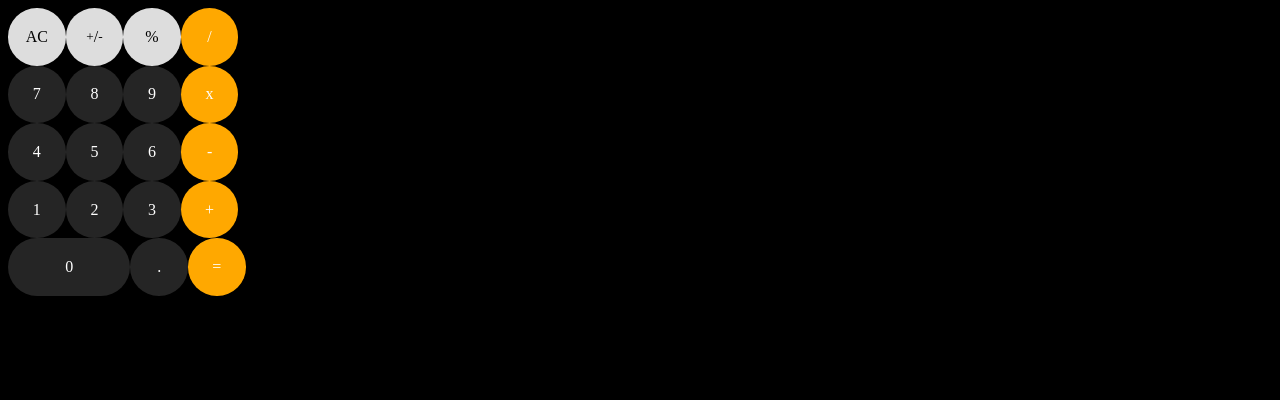
Repository: bombiux/calculadoraJS
Page: index.html
These files come from the project's save history. The page is drawn as it stood at one moment and after the next save; the edit follows.
The browser window is 1280 px wide. The pictures show the whole page.

Above is the page before, as saved 2020-08-08 18:34:49.

After the next save:
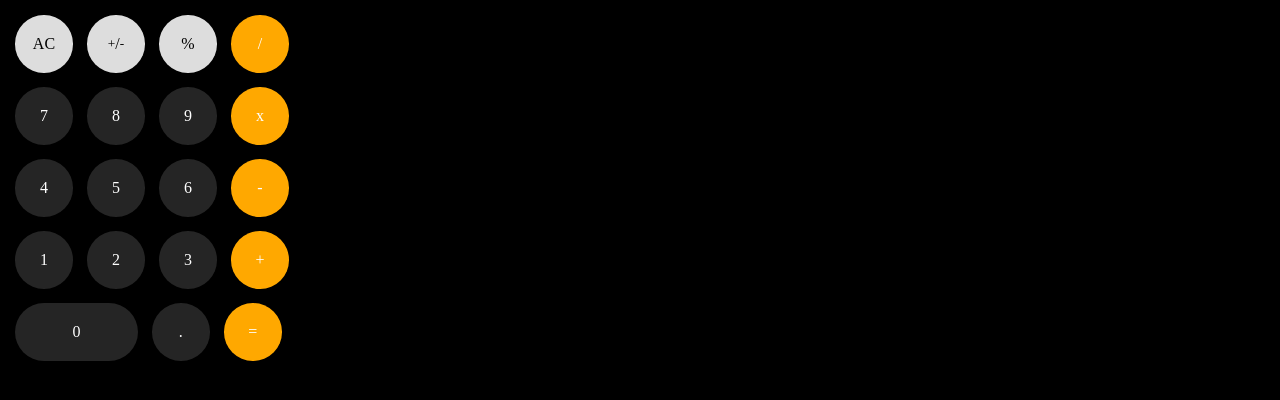
Saved 2 min 17 s later.
--- a/style.css
+++ b/style.css
@@ -18,6 +18,7 @@ body {
     justify-content: center;
     align-items: center;
     display: flex;
+    margin: 1vh;
 }
 
 .calculator > div > .cero {
